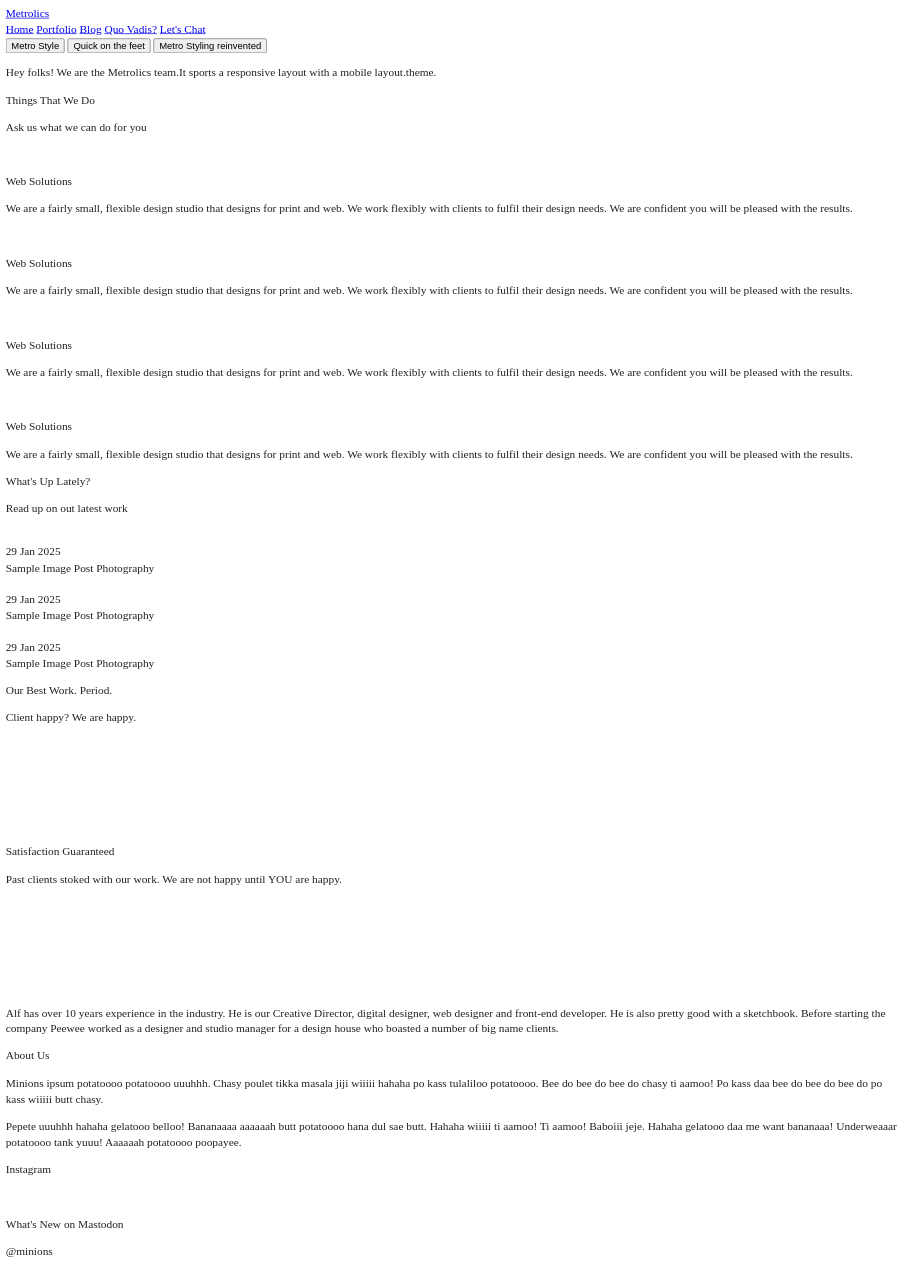
Repository: Angehyy/wk02_site
Page: index.html
These files come from the project's save history. The page is drawn as it stood at one moment and after the next save; the edit follows.
The browser window is 1280 px wide. The pictures show the whole page, at 71% of full size.

Above is the page before, as saved 2025-01-20 00:45:29.

After the next save:
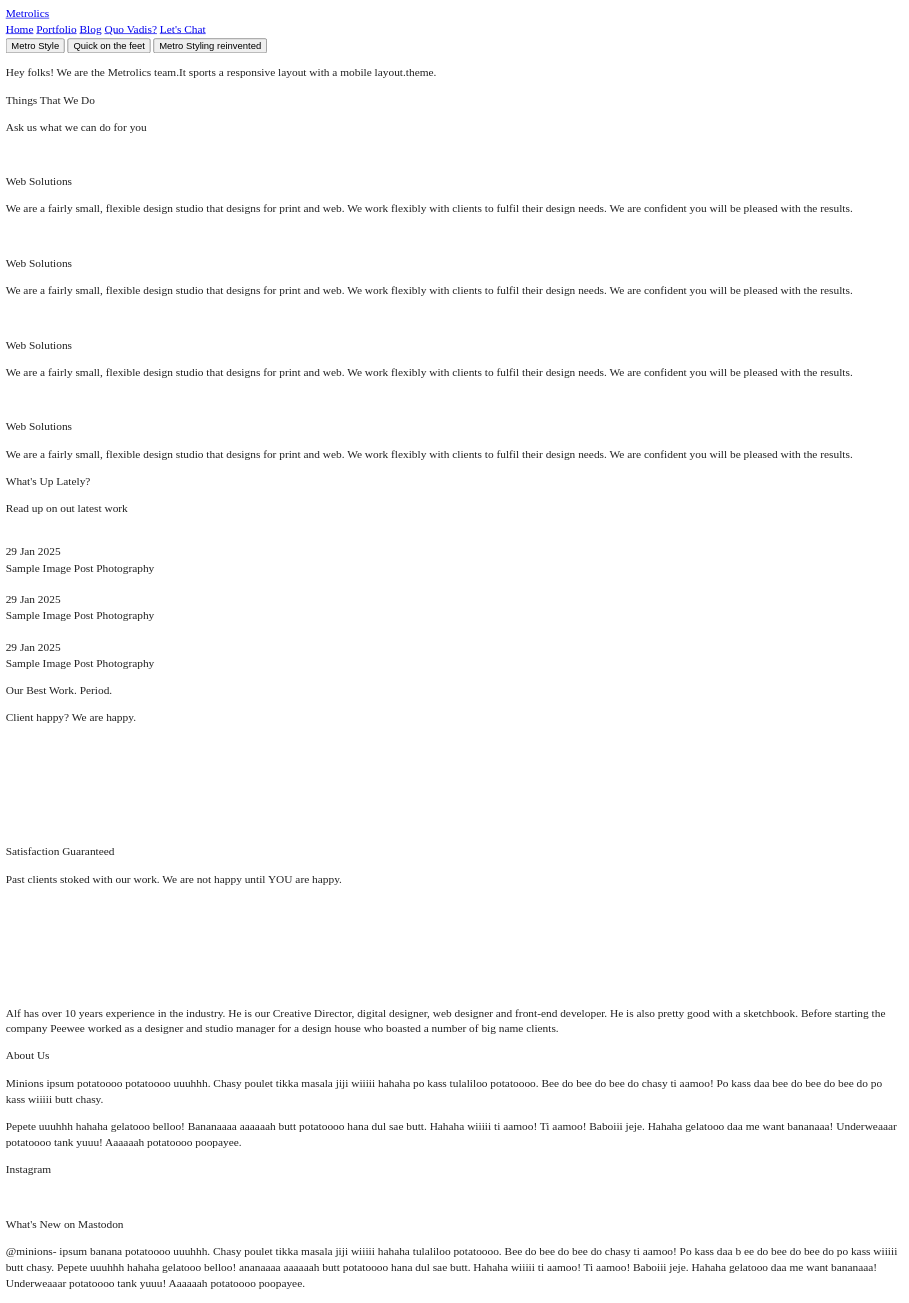
Saved 19 s later.
--- a/index.html
+++ b/index.html
@@ -207,7 +207,7 @@
 
     <div>
       <p>What's New on Mastodon</p>
-      <p><span>@minions</span></p>
+      <p><span>@minions</span>- ipsum banana potatoooo uuuhhh. Chasy poulet tikka masala jiji wiiiii hahaha tulaliloo potatoooo. Bee do bee do bee do chasy ti aamoo! Po kass daa b ee do bee do bee do po kass wiiiii butt chasy. Pepete uuuhhh hahaha gelatooo belloo! ananaaaa aaaaaah butt potatoooo hana dul sae butt. Hahaha wiiiii ti aamoo! Ti aamoo! Baboiii jeje. Hahaha gelatooo daa me want bananaaa! Underweaaar potatoooo tank yuuu! Aaaaaah potatoooo poopayee. </p>
     </div>
 
   </footer>
